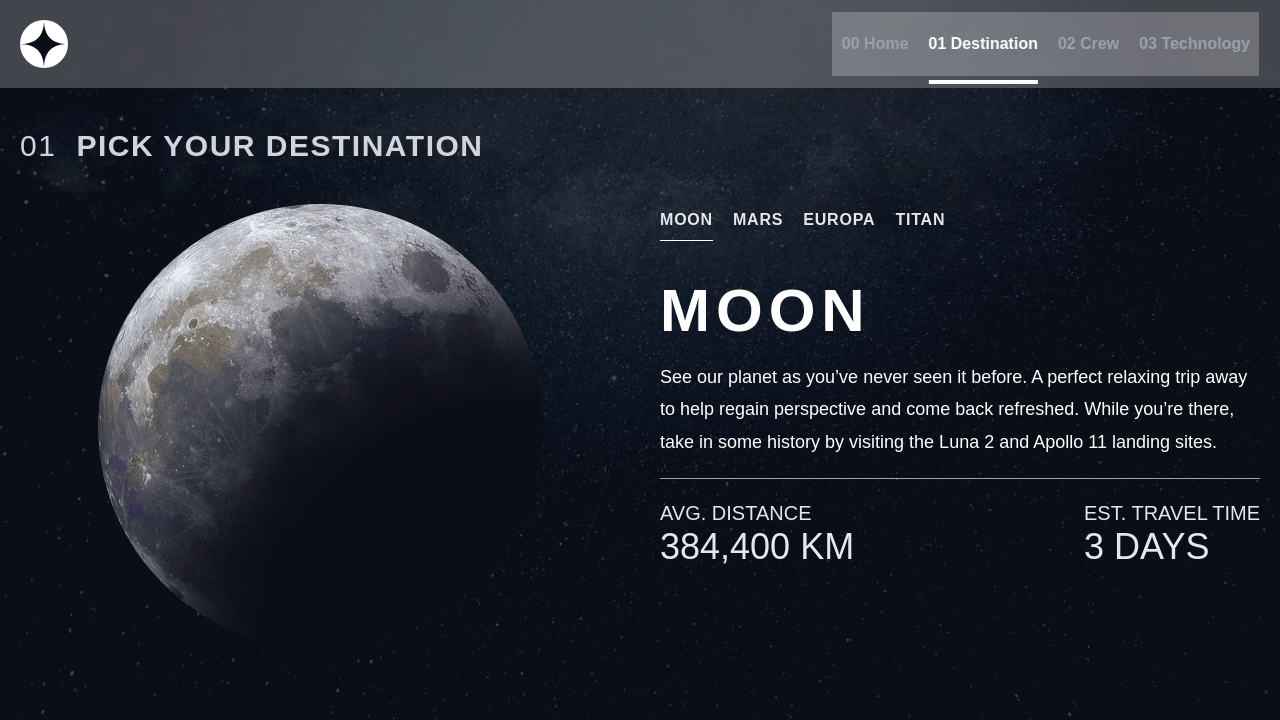
Repository: OmniaRafat232111121/Space-Toursim
Page: /destination
These files come from the project's save history. The page is drawn as it stood at one moment and after the next save; the edit follows.
The browser window is 1280 px wide. The pictures show the whole page.
Some web fonts or font styles are not loaded; a fallback is used. The project was rebuilt for these pictures with package versions that can differ from the ones it lists, and the page was loaded fresh each time. Also part of the build but not shown: src/components/Home.js, src/components/Crew.js, src/components/Technology.js, src/components/Error.js.

Above is the page before, as saved 2022-08-09 15:35:56.

### public/index.html
<!DOCTYPE html>
<html lang="en">
  <head>
    <meta charset="utf-8" />
    <link rel="icon" href="%PUBLIC_URL%/favicon-32x32.png" />
    <meta name="viewport" content="width=device-width, initial-scale=1" />
    <meta name="theme-color" content="#111827" />
    <meta name="description" content="Space Toursim Multi Page Website" />
    <link rel="apple-touch-icon" href="%PUBLIC_URL%/logo192.png" />
    <!--
      manifest.json provides metadata used when your web app is installed on a
      user's mobile device or desktop. See https://developers.google.com/web/fundamentals/web-app-manifest/
    -->
    <link rel="manifest" href="%PUBLIC_URL%/manifest.json" />
    <!--
      Notice the use of %PUBLIC_URL% in the tags above.
      It will be replaced with the URL of the `public` folder during the build.
      Only files inside the `public` folder can be referenced from the HTML.

      Unlike "/favicon.ico" or "favicon.ico", "%PUBLIC_URL%/favicon.ico" will
      work correctly both with client-side routing and a non-root public URL.
      Learn how to configure a non-root public URL by running `npm run build`.
    -->
    <link
      rel="stylesheet"
      href="https://cdnjs.cloudflare.com/ajax/libs/tailwindcss/2.2.17/tailwind.min.css"
      referrerpolicy="no-referrer"
    />
    <link rel="preconnect" href="https://fonts.googleapis.com" />
    <link rel="preconnect" href="https://fonts.gstatic.com" crossorigin />
    <link
      href="https://fonts.googleapis.com/css2?family=Mohave:wght@400&family=Zen+Antique&display=swap"
      rel="stylesheet"
    />
    <title>Space Tourism Multi Page Website</title>
  </head>
  <body>
    <noscript>You need to enable JavaScript to run this app.</noscript>
    <div id="root"></div>
    <!--
      This HTML file is a template.
      If you open it directly in the browser, you will see an empty page.

      You can add webfonts, meta tags, or analytics to this file.
      The build step will place the bundled scripts into the <body> tag.

      To begin the development, run `npm start` or `yarn start`.
      To create a production bundle, use `npm run build` or `yarn build`.
    -->
  </body>
</html>

### src/index.css
body {
  margin: 0;
  font-family: "Mohave", sans-serif;
  -webkit-font-smoothing: antialiased;
  -moz-osx-font-smoothing: grayscale;
}

h1,
h2 {
  font-family: "Zen Antique", sans-serif;
}

a {
  text-decoration: none;
}

img {
  max-width: 100%;
}

button,
img {
  user-select: none;
  -moz-user-select: none;
}

p {
  line-height: 1.8;
}

.gray {
  color: #7e7e7e;
}

.white {
  color: #ffffff;
}

.header {
  position: absolute;
  width: 100%;
  background-color: rgba(255, 255, 255, 0.233);
  backdrop-filter: blur(5px);
  --webkit-backdrop-fiter: blur(5px);
}

.header nav {
  display: none;
}

 .header nav.open {
  display: block;
}

.header nav ul {
  display: flex;
  flex-direction: column;
  align-items: center;
  justify-content: center;
  background-color: #111827;
  backdrop-filter: blur(10px);
  --webkit-backdrop-filter: blur(10px);
  width: calc(100vw - 50px);
  position: absolute;
  left: 50%;
  top: 100px;
  transform: translateX(-50%);
  z-index: 999;
}

 .header nav ul li {
  margin: 10px 0;
}

.menu {
  display: block;
}
.home {
  background: url("./starter-code/assets/home/background-home-mobile.jpg")
    no-repeat center/cover;
  height: calc(100vh - 1px);
}

.home .overlay {
  display: flex;
  flex-direction: column;
  align-items: center;
  justify-content: center;
  height: calc(100vh - 1px);
}

.destinations {
  background: url("./starter-code/assets/destination/background-destination-mobile.jpg")
    no-repeat center/cover;
  height: auto;
}

.crew {
  background: url("./starter-code/assets/crew/background-crew-mobile.jpg")
    no-repeat center/cover;
  height: auto;
}

.technology {
  background: url("./starter-code/assets/technology/background-technology-mobile.jpg")
    no-repeat center/cover;
  height: auto;
}
@media (min-width: 768px) {
  .menu {
    display: none;
  }

  .header nav {
    display: block;
  }

  .header nav ul {
    flex-direction: row;
    background-color: transparent;
    backdrop-filter: blur(0);
    --webkit-backdrop-filter: blur(0);
    position: relative;
    top: 0;
    right: 0;
    width: auto;
  }

  .header nav ul li {
    margin: 0 10px;
  }
}



@media (min-width: 768px) {
  .home {
    background: url("./starter-code/assets/home/background-home-tablet.jpg")
      no-repeat center/cover;
    height: calc(100vh - 1px);
  }

  .home .overlay {
    flex-direction: row;
  }

  .destinations {
    background: url("./starter-code/assets/destination/background-destination-tablet.jpg")
      no-repeat center/cover;
  }

  .crew {
    background: url("./starter-code/assets/crew/background-crew-tablet.jpg")
      no-repeat center/cover;
  }

  .technology {
    background: url("./starter-code/assets/technology/background-technology-tablet.jpg")
      no-repeat center/cover;
  }

  @media (min-width: 1280px) {
    p {
      font-size: 18px;
    }

    .home {
      background: url("./starter-code/assets/home/background-home-desktop.jpg")
        no-repeat center/cover;
      height: 100vh;
    }

    .home .overlay {
      max-width: 1200px;
      margin: auto;
    }

    .destinations {
      background: url("./starter-code/assets/destination/background-destination-desktop.jpg")
        no-repeat center/cover;
    }

    .crew {
      background: url("./starter-code/assets/crew/background-crew-desktop.jpg")
        no-repeat center/cover;
    }

    .technology {
      background: url("./starter-code/assets/technology/background-technology-desktop.jpg")
        no-repeat center/cover;
    }
  }
}

### src/App.js
import { BrowserRouter as Router, Route, Switch } from "react-router-dom"
import {
  Header,
  Home,
  Destination,
  Crew,
  Technology,
  Error,
} from "./components"

function App() {
  return (
    <Router>
      <main>
        <Header />

        <Switch>
          <Route path="/" exact>
            <Home />
          </Route>
          <Route path="/destination">
            <Destination />
          </Route>
          <Route path="/crew">
            <Crew />
          </Route>
          <Route path="/technology">
            <Technology />
          </Route>
          <Route path="*">
            <Error />
          </Route>
        </Switch>
      </main>
    </Router>
  )
}

export default App

### src/components/index.js
import Header from "./Header"
import Home from "./Home"
import Destination from "./Destination"
import Crew from "./Crew"
import Technology from "./Technology"
import Error from "./Error"

export { Header, Home, Destination, Crew, Technology, Error }

### src/components/Header.js
import React from 'react'
import { NavLink } from "react-router-dom"
import { FiMenu } from "react-icons/fi"
import logo from "../starter-code/assets/shared/logo.svg"

export default function Header() {
  const handleClick = () => {
    const navbar = document.getElementById("navbar")

    navbar.classList.toggle("open")
  }

  return (
    <>
      <header className="header px-5 flex items-center justify-between">
        <div className="py-5">
          <NavLink to="/">
            <img src={logo} alt="space" title="Travel to Space" />
          </NavLink>
        </div>

        {/* {isOpen && ( */}
        <nav id="navbar">
          <ul className="flex items-center">
            <li className="mx-2 py-5 text-gray-400 font-semibold">
              <NavLink
                to="/"
                exact
                activeClassName="text-white border-b-4 border-white pb-7"
              >
                <span>00</span> Home
              </NavLink>
            </li>
            <li className="mx-2 py-5 text-gray-400 font-semibold">
              <NavLink
                to="/destination"
                exact
                activeClassName="text-white border-b-4 border-white pb-7"
              >
                <span>01</span> Destination
              </NavLink>
            </li>
            <li className="mx-2 py-5 text-gray-400 font-semibold">
              <NavLink
                to="/crew"
                exact
                activeClassName="text-white border-b-4 border-white pb-7"
              >
                <span>02</span> Crew
              </NavLink>
            </li>
            <li className="mx-2 py-5 text-gray-400 font-semibold">
              <NavLink
                to="/technology"
                exact
                activeClassName="text-white border-b-4 border-white pb-7"
              >
                <span>03</span> Technology
              </NavLink>
            </li>
          </ul>
        </nav>
        {/* )} */}

        <div className="menu">
          <button id="menu" onClick={handleClick}>
            <FiMenu className="text-white text-4xl" />
          </button>
        </div>
      </header>
    </>
  )
}

### src/components/Destination.js
import { useState } from "react"
import data from "../starter-code/data.json"

export default function Destination() {
  const [planets] = useState(data.destinations)
  const [value, setValue] = useState(0)

  const { name, images, description, distance, travel } = planets[value]

  return (
    <>
      <section className="home destinations">
        <div className="px-5 pt-32 grid grid-cols-1 gap-5 md:grid-cols-2 gap-10 xl:max-w-7xl xl:mx-auto">
          <article className="text-center md:text-left">
            <h2 className="text-white text-3xl font-extralight text-gray-300 uppercase tracking-wider pb-10">
              01
              <span className="ml-5 font-bold">Pick your destination</span>
            </h2>

            <img
              src={images.png}
              alt={name}
              title={name}
              className="block mx-auto"
            />
          </article>

          <article className="pt-20 text-center md:text-left pb-10">
            <ul className="flex items-center justify-center md:justify-start mb-10">
              {planets.map((item, index) => (
                <li key={index} className="mr-5">
                  <button
                    onClick={() => setValue(index)}
                    className={`uppercase font-semibold tracking-wider text-gray-200 pb-2 border-b border-transparent ${
                      index === value && "border-b border-white"
                    }`}
                  >
                    {item.name}
                  </button>
                </li>
              ))}
            </ul>

            <h2 className="text-white font-bold text-4xl lg:text-6xl uppercase tracking-widest mb-5">
              {name}
            </h2>

            <p className="text-white border-b border-gray-400 pb-5">
              {description}
            </p>

            <ul className="flex flex-wrap items-center justify-between pt-5">
              <li className="uppercase text-gray-200 text-xl">
                Avg. Distance<span className="text-4xl block">{distance}</span>
              </li>
              <li className="uppercase text-gray-200 text-xl">
                Est. travel time<span className="text-4xl block">{travel}</span>
              </li>
            </ul>
          </article>
        </div>
      </section>
    </>
  )
}

Loaded but not shown: src/index.js (common file); src/reportWebVitals.js (common file); src/starter-code/data.json (common file)

After the next save:
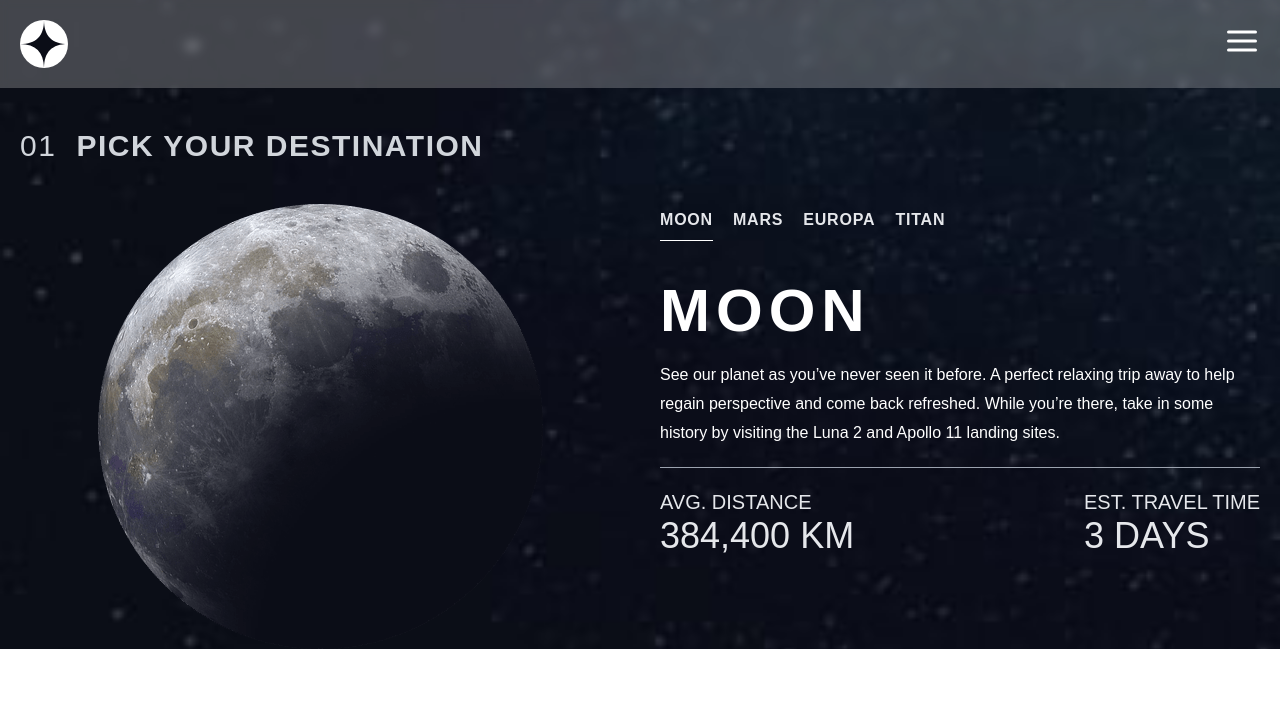
Saved 6 s later.
--- a/src/index.css
+++ b/src/index.css
@@ -106,88 +106,3 @@ p {
     no-repeat center/cover;
   height: auto;
 }
-@media (min-width: 768px) {
-  .menu {
-    display: none;
-  }
-
-  .header nav {
-    display: block;
-  }
-
-  .header nav ul {
-    flex-direction: row;
-    background-color: transparent;
-    backdrop-filter: blur(0);
-    --webkit-backdrop-filter: blur(0);
-    position: relative;
-    top: 0;
-    right: 0;
-    width: auto;
-  }
-
-  .header nav ul li {
-    margin: 0 10px;
-  }
-}
-
-
-
-@media (min-width: 768px) {
-  .home {
-    background: url("./starter-code/assets/home/background-home-tablet.jpg")
-      no-repeat center/cover;
-    height: calc(100vh - 1px);
-  }
-
-  .home .overlay {
-    flex-direction: row;
-  }
-
-  .destinations {
-    background: url("./starter-code/assets/destination/background-destination-tablet.jpg")
-      no-repeat center/cover;
-  }
-
-  .crew {
-    background: url("./starter-code/assets/crew/background-crew-tablet.jpg")
-      no-repeat center/cover;
-  }
-
-  .technology {
-    background: url("./starter-code/assets/technology/background-technology-tablet.jpg")
-      no-repeat center/cover;
-  }
-
-  @media (min-width: 1280px) {
-    p {
-      font-size: 18px;
-    }
-
-    .home {
-      background: url("./starter-code/assets/home/background-home-desktop.jpg")
-        no-repeat center/cover;
-      height: 100vh;
-    }
-
-    .home .overlay {
-      max-width: 1200px;
-      margin: auto;
-    }
-
-    .destinations {
-      background: url("./starter-code/assets/destination/background-destination-desktop.jpg")
-        no-repeat center/cover;
-    }
-
-    .crew {
-      background: url("./starter-code/assets/crew/background-crew-desktop.jpg")
-        no-repeat center/cover;
-    }
-
-    .technology {
-      background: url("./starter-code/assets/technology/background-technology-desktop.jpg")
-        no-repeat center/cover;
-    }
-  }
-}

After the save that followed:
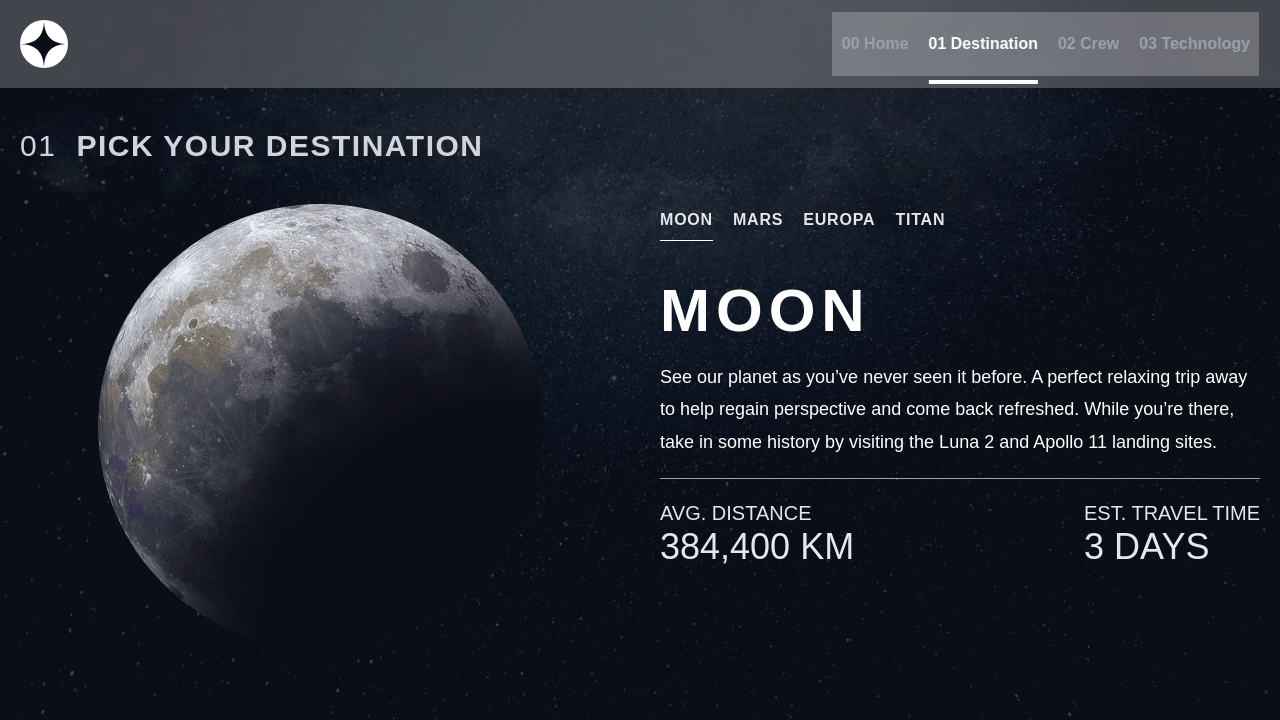
Saved 26 s later.
--- a/src/index.css
+++ b/src/index.css
@@ -106,3 +106,88 @@ p {
     no-repeat center/cover;
   height: auto;
 }
+@media (min-width: 768px) {
+  .menu {
+    display: none;
+  }
+
+  .header nav {
+    display: block;
+  }
+
+  .header nav ul {
+    flex-direction: row;
+    background-color: transparent;
+    backdrop-filter: blur(0);
+    --webkit-backdrop-filter: blur(0);
+    position: relative;
+    top: 0;
+    right: 0;
+    width: auto;
+  }
+
+  .header nav ul li {
+    margin: 0 10px;
+  }
+}
+
+
+
+@media (min-width: 768px) {
+  .home {
+    background: url("./starter-code/assets/home/background-home-tablet.jpg")
+      no-repeat center/cover;
+    height: calc(100vh - 1px);
+  }
+
+  .home .overlay {
+    flex-direction: row;
+  }
+
+  .destinations {
+    background: url("./starter-code/assets/destination/background-destination-tablet.jpg")
+      no-repeat center/cover;
+  }
+
+  .crew {
+    background: url("./starter-code/assets/crew/background-crew-tablet.jpg")
+      no-repeat center/cover;
+  }
+
+  .technology {
+    background: url("./starter-code/assets/technology/background-technology-tablet.jpg")
+      no-repeat center/cover;
+  }
+
+  @media (min-width: 1280px) {
+    p {
+      font-size: 18px;
+    }
+
+    .home {
+      background: url("./starter-code/assets/home/background-home-desktop.jpg")
+        no-repeat center/cover;
+      height: 100vh;
+    }
+
+    .home .overlay {
+      max-width: 1200px;
+      margin: auto;
+    }
+
+    .destinations {
+      background: url("./starter-code/assets/destination/background-destination-desktop.jpg")
+        no-repeat center/cover;
+    }
+
+    .crew {
+      background: url("./starter-code/assets/crew/background-crew-desktop.jpg")
+        no-repeat center/cover;
+    }
+
+    .technology {
+      background: url("./starter-code/assets/technology/background-technology-desktop.jpg")
+        no-repeat center/cover;
+    }
+  }
+}
